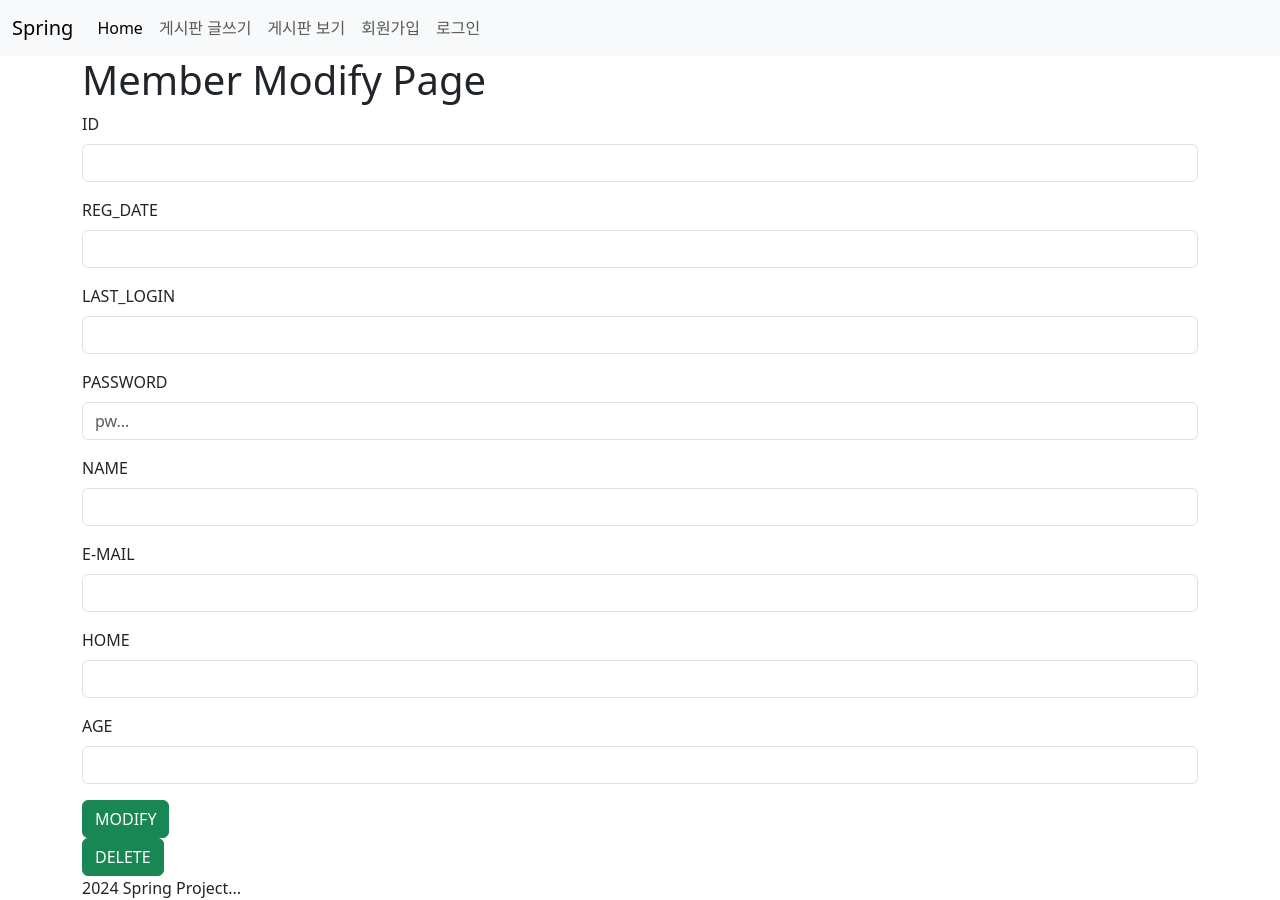
Repository: wanted2001/jsp_project
Page: http://localhost/spring_study/WEB-INF/views/member/modify.jsp
These files come from the project's save history. The page is drawn as it stood at one moment and after the next save; the edit follows.
The browser window is 1280 px wide. The pictures show the whole page.
The page is served by Tomcat 9. Nobody is signed in. Other server files are loaded and not shown. The template is opened directly, without the code that normally fills it, so the values that code supplies are empty.

Above is the page before, as saved 2024-04-26 01:01:58.

### spring_study/src/main/webapp/WEB-INF/views/member/modify.jsp
<%@ page language="java" contentType="text/html; charset=UTF-8"
	pageEncoding="UTF-8"%>
<jsp:include page="../layout/header.jsp" />
<div class="container-md">
	<h1>Member Modify Page</h1>
	<form action="/member/modify" method="post">
		<div class="mb-3">
			<label for="i" class="form-label">ID</label> <input type="text"
				class="form-control" name="id" id="i" value ="${ses.id }" readonly="readonly">
		</div>
		<div class="mb-3">
			<label for="i" class="form-label">REG_DATE</label> <input type="text"
				class="form-control" name="reg_date" id="r" value ="${ses.reg_date }" readonly="readonly">
		</div>
		<div class="mb-3">
			<label for="i" class="form-label">LAST_LOGIN</label> <input type="text"
				class="form-control" name="last_login" id="l" value ="${ses.last_login }" readonly="readonly">
		</div>
		<div class="mb-3">
			<label for="p" class="form-label">PASSWORD</label> <input
				type="password" class="form-control" name="pw" id="p"
				placeholder="pw...">
		</div>
		<div class="mb-3">
			<label for="n" class="form-label">NAME</label> <input type="text"
				class="form-control" name="name" id="n" value="${ses.name }">
		</div>
		<div class="mb-3">
			<label for="e" class="form-label">E-MAIL</label> <input type="text"
				class="form-control" name="email" id="e" value="${ses.email }">
		</div>
		<div class="mb-3">
			<label for="h" class="form-label">HOME</label> <input type="text"
				class="form-control" name="home" id="h" value="${ses.home }">
		</div>
		<div class="mb-3">
			<label for="a" class="form-label">AGE</label> <input type="text"
				class="form-control" name="age" id="a" value="${ses.age }">
		</div>
		<button type="submit" class="btn btn-success">MODIFY</button>
	</form>
		<a href="/member/delete?id=${ses.id }"><button type="button" class="btn btn-success">DELETE</button></a>
</div>
<jsp:include page="../layout/footer.jsp" />

### spring_study/src/main/webapp/WEB-INF/views/layout/header.jsp
<%@ page language="java" contentType="text/html; charset=UTF-8"
	pageEncoding="UTF-8"%>
<%@taglib uri="http://java.sun.com/jsp/jstl/core" prefix="c"%>

<!DOCTYPE html>
<html>
<head>
<meta charset="UTF-8">
<title>header.jsp</title>
<link
	href="https://cdn.jsdelivr.net/npm/bootstrap@5.3.3/dist/css/bootstrap.min.css"
	rel="stylesheet"
	integrity="sha384-QWTKZyjpPEjISv5WaRU9OFeRpok6YctnYmDr5pNlyT2bRjXh0JMhjY6hW+ALEwIH"
	crossorigin="anonymous">
<script
	src="https://cdn.jsdelivr.net/npm/bootstrap@5.3.3/dist/js/bootstrap.bundle.min.js"
	integrity="sha384-YvpcrYf0tY3lHB60NNkmXc5s9fDVZLESaAA55NDzOxhy9GkcIdslK1eN7N6jIeHz"
	crossorigin="anonymous"></script>
</head>
<body>
	<nav class="navbar navbar-expand-lg bg-body-tertiary">
		<div class="container-fluid">
			<a class="navbar-brand" href="#">Spring</a>
			<button class="navbar-toggler" type="button"
				data-bs-toggle="collapse" data-bs-target="#navbarSupportedContent"
				aria-controls="navbarSupportedContent" aria-expanded="false"
				aria-label="Toggle navigation">
				<span class="navbar-toggler-icon"></span>
			</button>
			<div class="collapse navbar-collapse" id="navbarSupportedContent">
				<ul class="navbar-nav me-auto mb-2 mb-lg-0">
					<li class="nav-item"><a class="nav-link active"
						aria-current="page" href="/">Home</a></li>
					<li class="nav-item"><a class="nav-link"
						href="/board/register">게시판 글쓰기</a></li>
					<li class="nav-item"><a class="nav-link" href="/board/list">게시판
							보기</a></li>
					<c:if test="${ses.id eq null}">
						<!-- 조건문이 조건이 맞으면 실행이니까 맞지 않으니 실행 안함. -->
						<li class="nav-item"><a class="nav-link"
							href="/member/register">회원가입</a></li>
						<li class="nav-item"><a class="nav-link" href="/member/login">로그인</a>
						</li>
					</c:if>
					<c:if test="${ses.id ne null }">
						<li class="nav-item"><a class="nav-link"
							href="/member/logout">로그아웃</a></li>
						<li class="nav-item"><a class="nav-link"
							href="/member/modify">${ses.id }(${ses.email }) welcome!!</a></li>
					</c:if>
				</ul>
			</div>
		</div>
	</nav>

### spring_study/src/main/webapp/WEB-INF/views/layout/footer.jsp
<%@ page language="java" contentType="text/html; charset=UTF-8"
    pageEncoding="UTF-8"%>
<div class="container-md">
	2024 Spring Project...
</div>

</body>
</html>

After the next save:
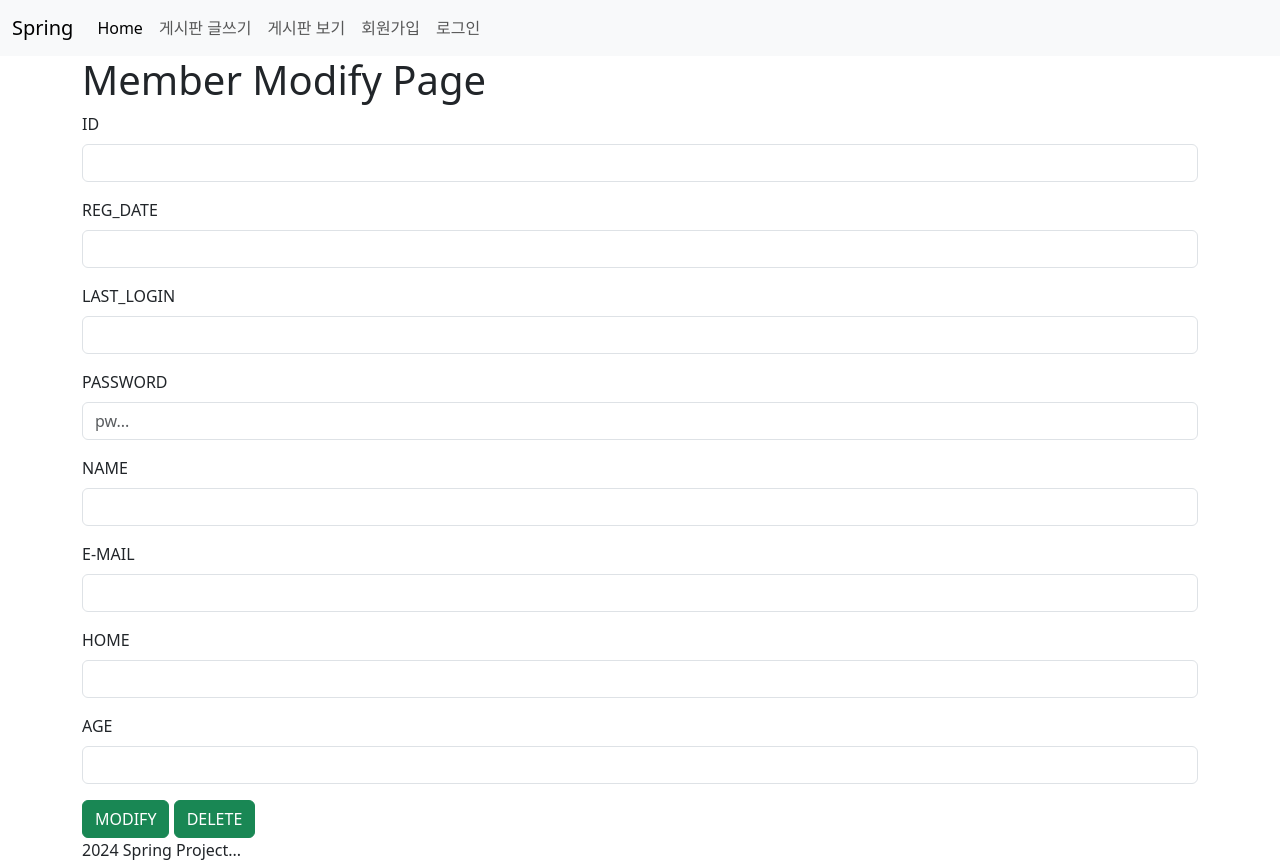
Saved 3 min 37 s later.
--- a/spring_study/src/main/webapp/WEB-INF/views/member/modify.jsp
+++ b/spring_study/src/main/webapp/WEB-INF/views/member/modify.jsp
@@ -3,7 +3,7 @@
 <jsp:include page="../layout/header.jsp" />
 <div class="container-md">
 	<h1>Member Modify Page</h1>
-	<form action="/member/modify" method="post">
+	<form action="/" method="post">
 		<div class="mb-3">
 			<label for="i" class="form-label">ID</label> <input type="text"
 				class="form-control" name="id" id="i" value ="${ses.id }" readonly="readonly">
@@ -38,7 +38,7 @@
 				class="form-control" name="age" id="a" value="${ses.age }">
 		</div>
 		<button type="submit" class="btn btn-success">MODIFY</button>
+		<a href="/member/delete?id=${ses.id }"><button type="button" class="btn btn-success">DELETE</button></a>
 	</form>
-		<a href="/member/delete?id=${ses.id }"><button type="button" class="btn btn-success">DELETE</button></a>
 </div>
 <jsp:include page="../layout/footer.jsp" />

After the 2 saves that followed:
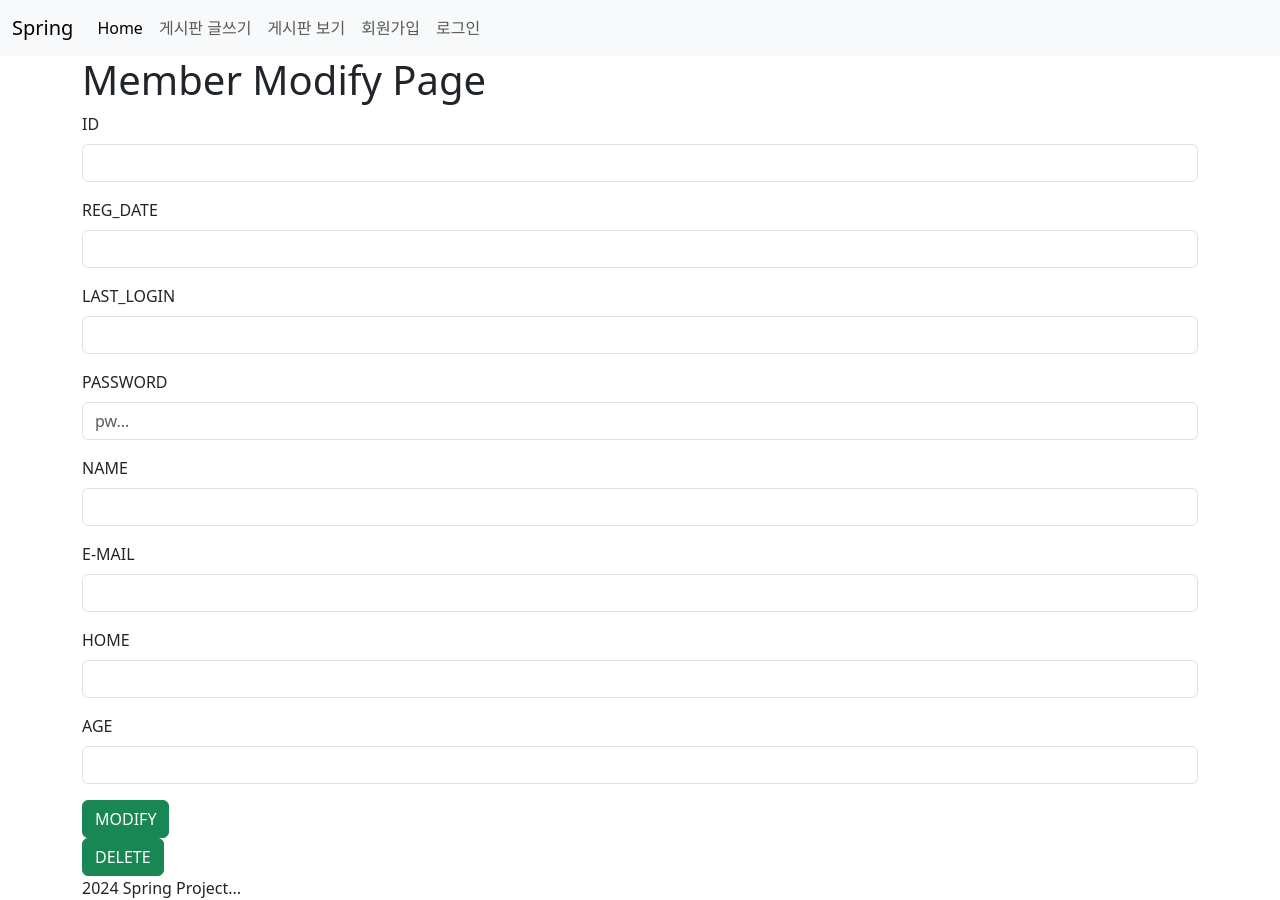
The 2 saves are shown as one change because 1 left the picture as it was.
The last was saved 5 min 18 s later.
--- a/spring_study/src/main/webapp/WEB-INF/views/member/modify.jsp
+++ b/spring_study/src/main/webapp/WEB-INF/views/member/modify.jsp
@@ -3,7 +3,7 @@
 <jsp:include page="../layout/header.jsp" />
 <div class="container-md">
 	<h1>Member Modify Page</h1>
-	<form action="/" method="post">
+	<form action="/member/modify" method="post">
 		<div class="mb-3">
 			<label for="i" class="form-label">ID</label> <input type="text"
 				class="form-control" name="id" id="i" value ="${ses.id }" readonly="readonly">
@@ -38,7 +38,7 @@
 				class="form-control" name="age" id="a" value="${ses.age }">
 		</div>
 		<button type="submit" class="btn btn-success">MODIFY</button>
+	</form>
 		<a href="/member/delete?id=${ses.id }"><button type="button" class="btn btn-success">DELETE</button></a>
-	</form>
 </div>
 <jsp:include page="../layout/footer.jsp" />
